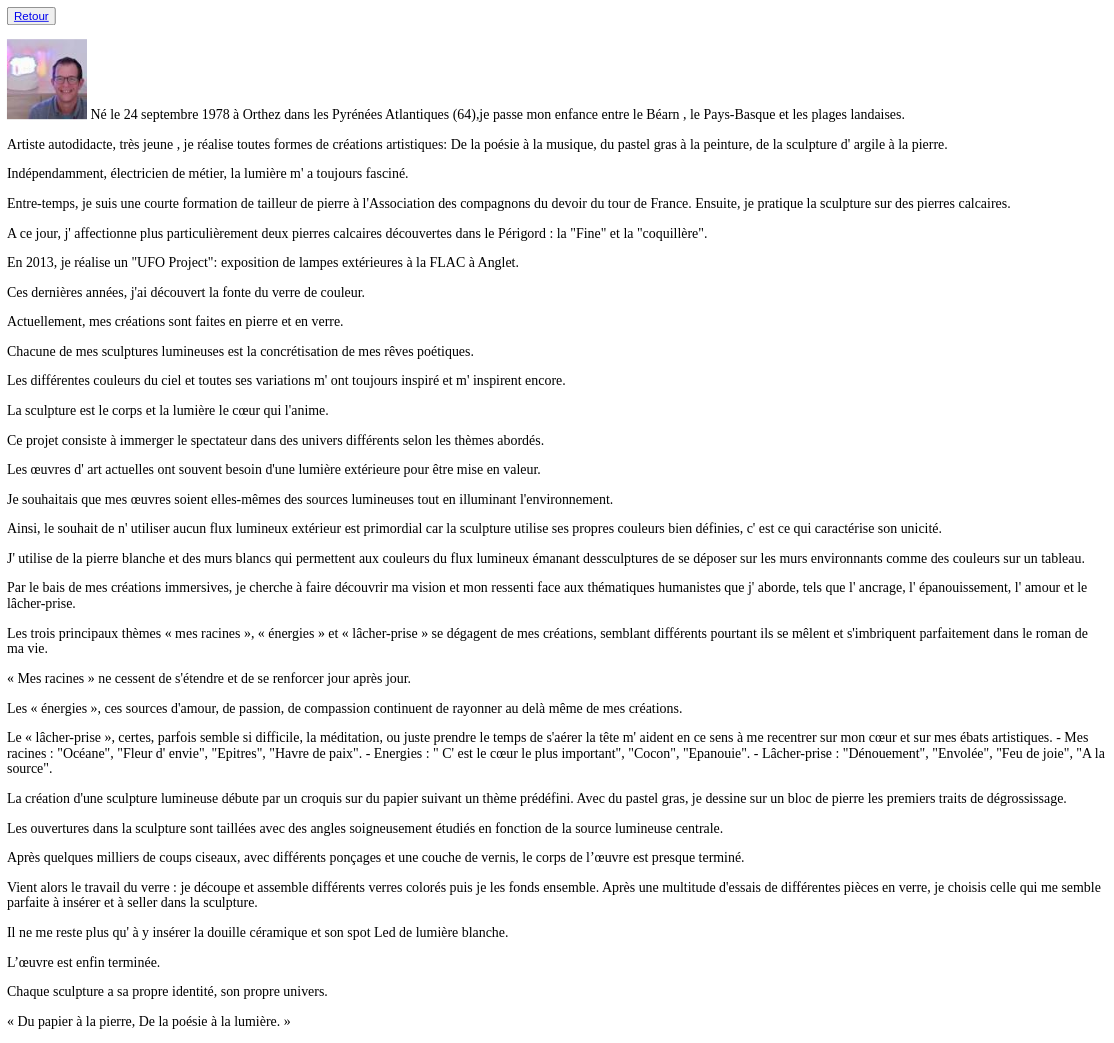
Repository: lysianebo/EricBidart
Page: presentation_more.html
An editor plug-in stored every save of this project. The page is shown before and after the next save, followed by the edit.
The browser window is 1280 px wide. The pictures show the whole page, at 87% of full size.

Above is the page before, as saved 2023-10-29 07:46:29.

After the next save:
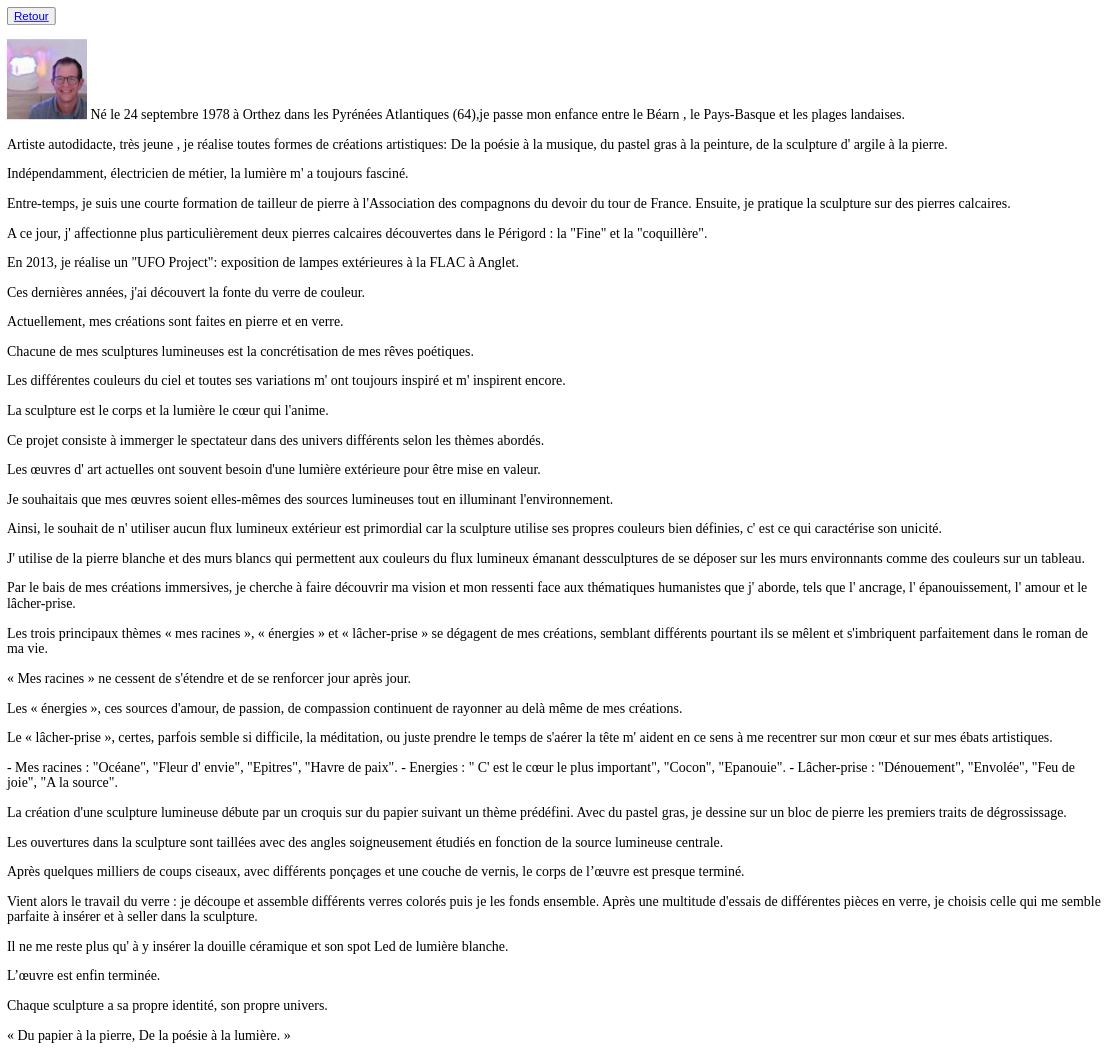
Saved 4 min 43 s later.
--- a/presentation_more.html
+++ b/presentation_more.html
@@ -40,13 +40,13 @@
 
             <p>« Mes racines » ne cessent de s'étendre et de se renforcer jour après jour.</p>
 
+            Les « énergies », ces sources d'amour, de passion, de compassion continuent de rayonner au delà même de mes
+            créations.
+
             <p>
-                Les « énergies », ces sources d'amour, de passion, de compassion continuent de rayonner au delà même de mes
-                créations.
+                Le « lâcher-prise », certes, parfois semble si difficile, la méditation, ou juste prendre le temps de s'aérer la
+                tête m' aident en ce sens à me recentrer sur mon cœur et sur mes ébats artistiques.
             </p>
-
-            Le « lâcher-prise », certes, parfois semble si difficile, la méditation, ou juste prendre le temps de s'aérer la
-            tête m' aident en ce sens à me recentrer sur mon cœur et sur mes ébats artistiques.
 
             - Mes racines : "Océane", "Fleur d' envie", "Epitres", "Havre de paix".
 
